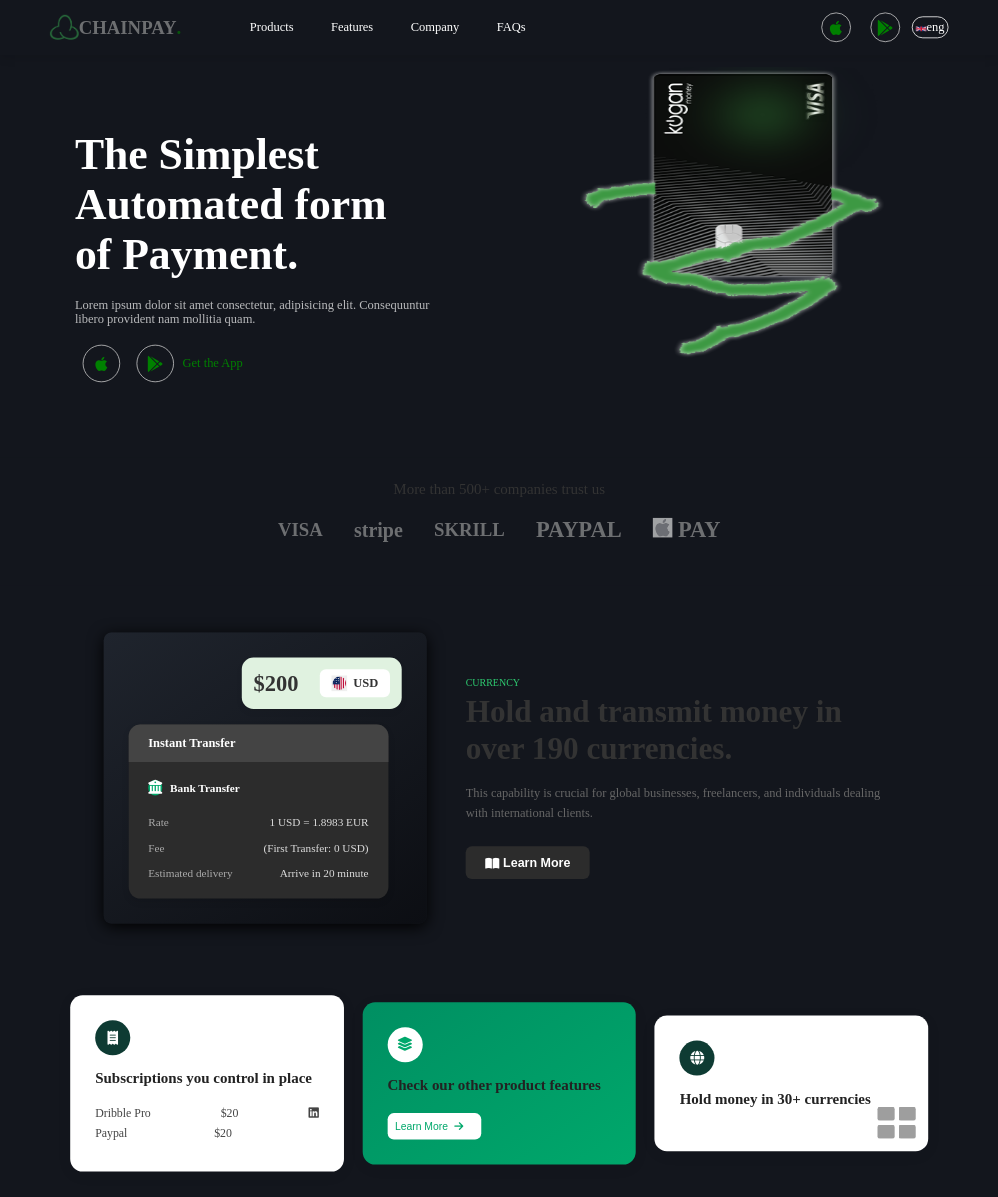
Repository: Austinokezie/Fintech-landing-page
Page: Chainpay.html
These files come from the project's save history. The page is drawn as it stood at one moment and after the next save; the edit follows.
The browser window is 1280 px wide. The pictures show the whole page, at 78% of full size.
Pictures or frames that could not be fetched are drawn as grey boxes. Some web libraries are served in a nearby version.

Above is the page before, as saved 2025-10-15 21:01:53.

After the next save:
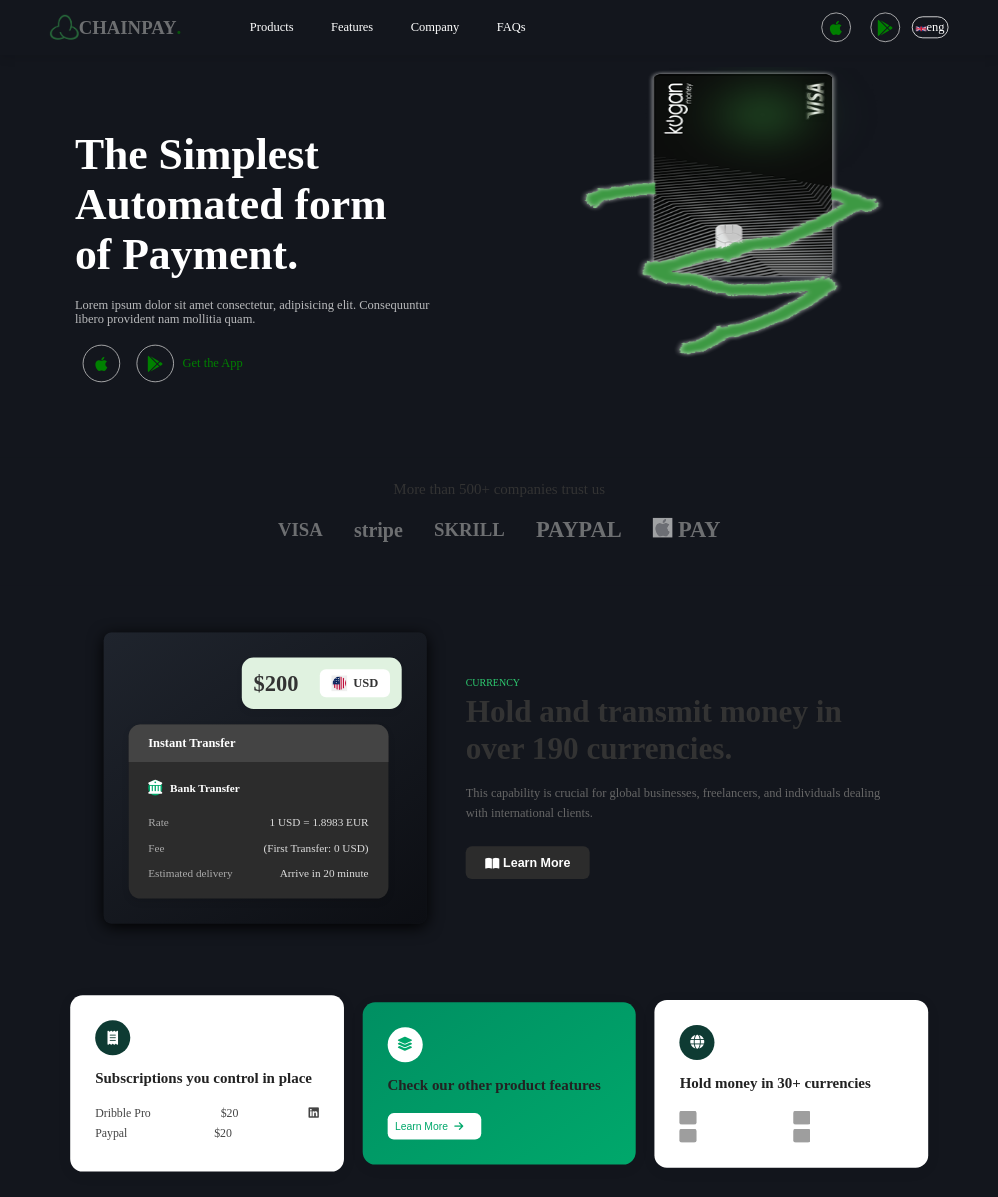
Saved 99 s later.
--- a/Chainpay.css
+++ b/Chainpay.css
@@ -427,7 +427,7 @@
   justify-content: space-between;
   transition: transform 0.3s ease;
   /* min-height: 320px; */
-  position: relative;
+  /* position: relative; */
 }
 
 .card:hover {
@@ -499,12 +499,14 @@
 
 /* === Flag Icons (Last Card) === */
 .flag-icons {
-    position: absolute;
+    /* position: absolute;
     bottom: 1rem;
-    right: 1rem;
+    right: 1rem; */
+    align-items: flex-end;
     display: grid;
     grid-template-columns: repeat(2, 1fr);
     gap: 0.3rem;
+    margin-top: auto;
 }
 
 .flag-icons img {

After the 3 saves that followed:
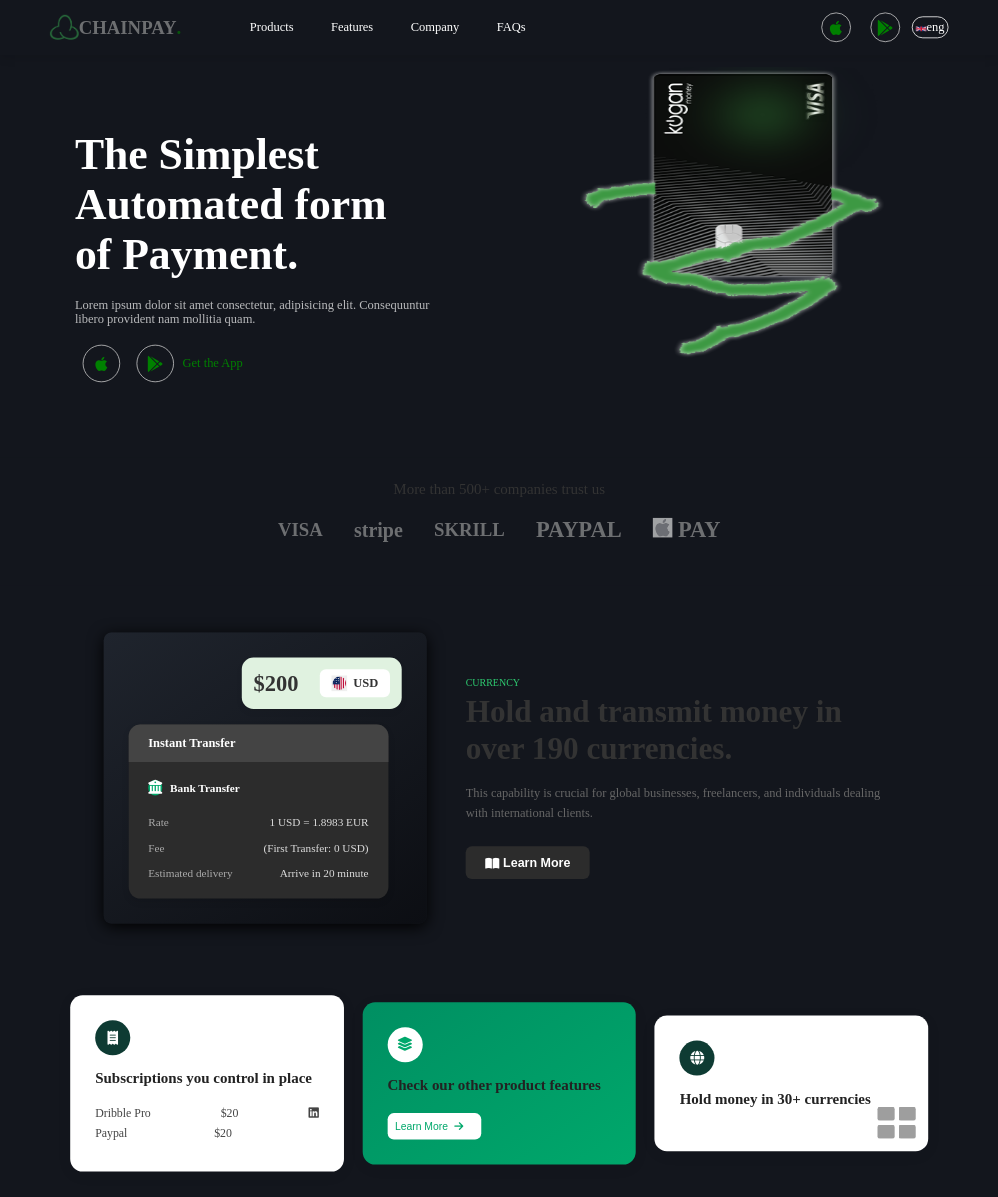
The 3 saves are shown as one change because 2 left the picture as it was.
The last was saved 95 s later.
--- a/Chainpay.css
+++ b/Chainpay.css
@@ -427,7 +427,7 @@
   justify-content: space-between;
   transition: transform 0.3s ease;
   /* min-height: 320px; */
-  /* position: relative; */
+  position: relative;
 }
 
 .card:hover {
@@ -499,14 +499,14 @@
 
 /* === Flag Icons (Last Card) === */
 .flag-icons {
-    /* position: absolute;
+    position: absolute;
     bottom: 1rem;
-    right: 1rem; */
-    align-items: flex-end;
+    right: 1rem;
+    /* align-items: flex-end; */
     display: grid;
     grid-template-columns: repeat(2, 1fr);
     gap: 0.3rem;
-    margin-top: auto;
+    /* margin-top: auto; */
 }
 
 .flag-icons img {
